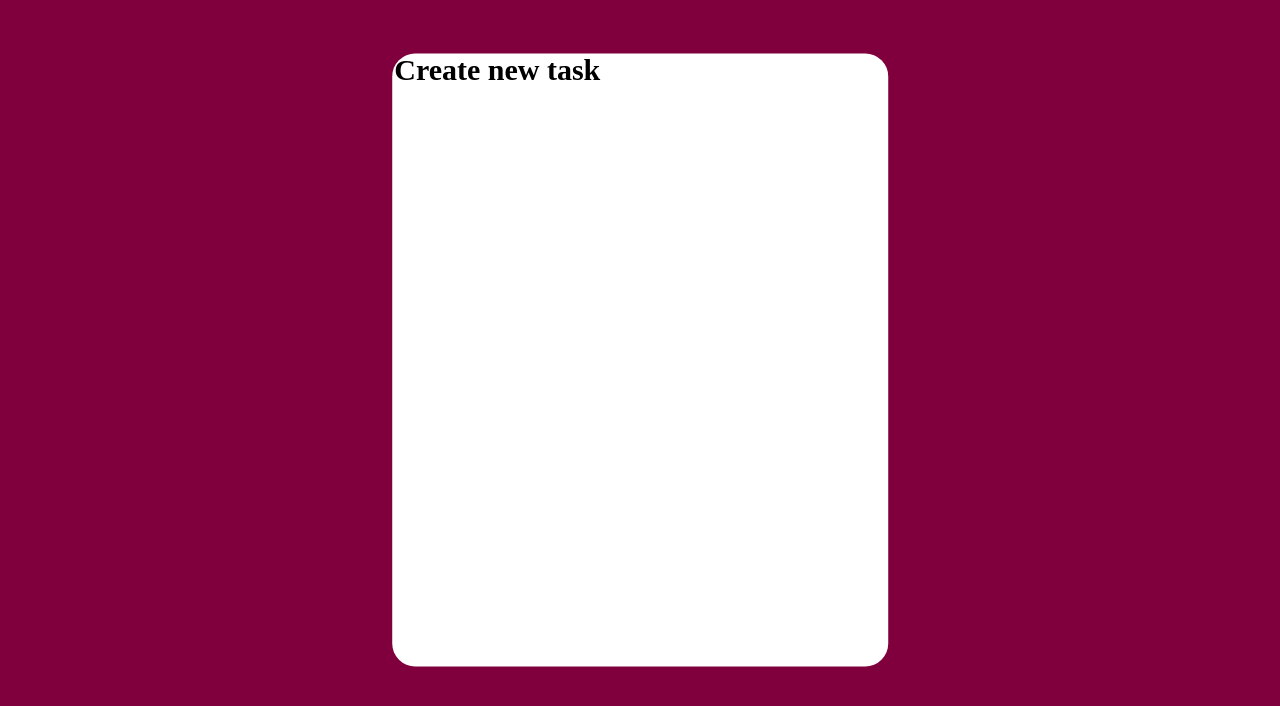
Repository: MorgunovaAlexandra/verstka-form
Page: index.html
These files come from the project's save history. The page is drawn as it stood at one moment and after a run of saves; the edit follows.
The browser window is 1280 px wide. The pictures show the whole page.
The style sheet was rebuilt from its Sass, Less or Tailwind sources for each picture, by a compiler version that may differ from the author's.

Above is the page before, as saved 2022-06-24 12:02:55.

After the next 3 saves:
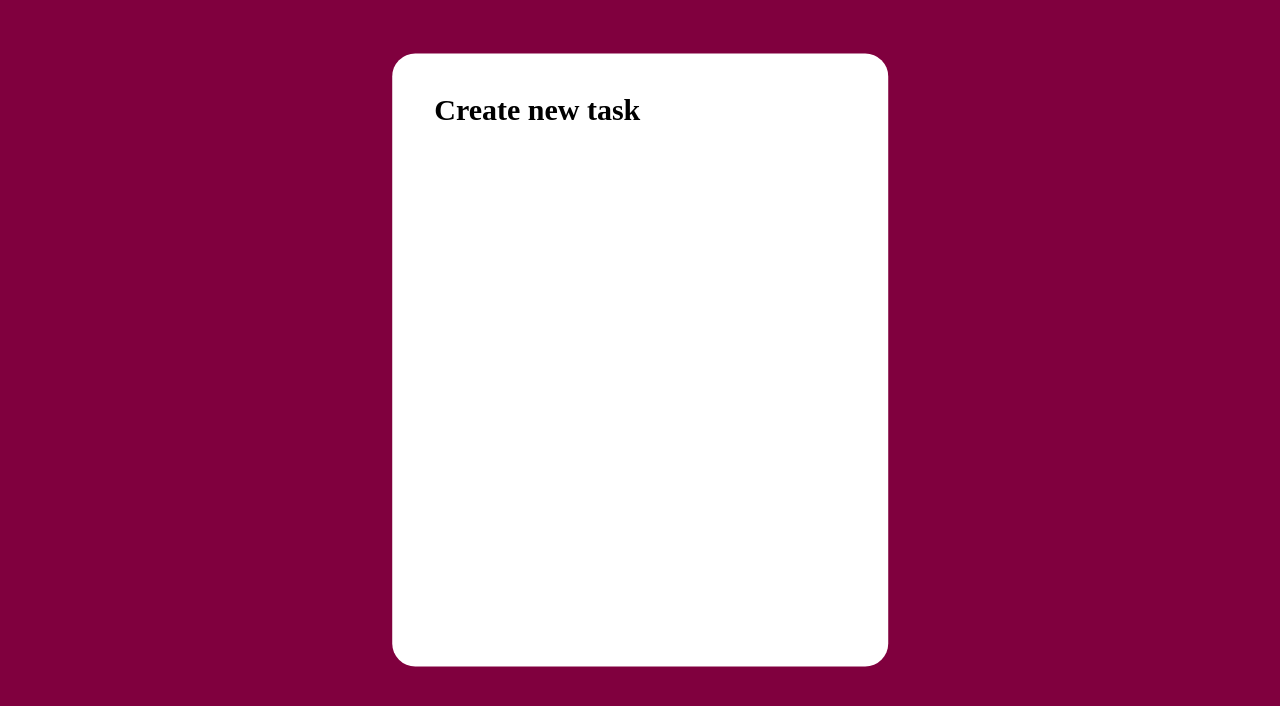
The 3 saves are shown as one change because they came seconds apart.
The last was saved 24 s later.
--- a/scss/style.scss
+++ b/scss/style.scss
@@ -16,6 +16,6 @@ body {
     transform: translate(-50%, -50%);
 }
 legend{
-    margin: 0 auto;
+    margin: 40px;
 
 }
